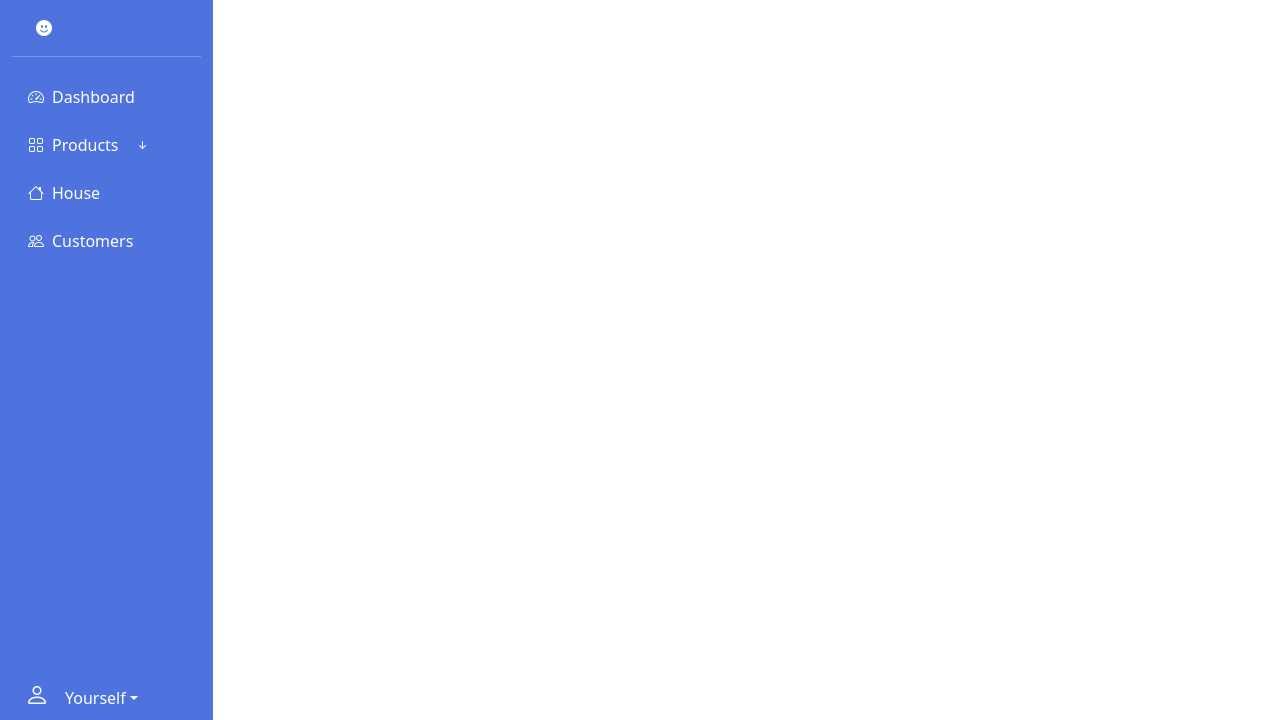
Repository: iqbalaamir/dashboard
Page: /
These files come from the project's save history. The page is drawn as it stood at one moment and after the next save; the edit follows.
The browser window is 1280 px wide. The pictures show the whole page.
The project was rebuilt for these pictures with package versions that can differ from the ones it lists, and the page was loaded fresh each time. Also part of the build but not shown: src/App.css.

Above is the page before, as saved 2023-04-24 17:23:47.

### src/App.js

import './App.css';
import Sidebar from './components/Sidebar';

function App() {
  return (

      <Sidebar/>
  );
}

export default App;

### src/components/Sidebar.js
import React from "react";
import "bootstrap/dist/css/bootstrap.min.css";
import "bootstrap-icons/font/bootstrap-icons.css";
import "bootstrap/js/dist/dropdown";
import "bootstrap/js/dist/collapse";
import "./sidebar.css";

export default function Sidebar() {
  return (
    <div className="container-fluid">
      <div className="row">
        <div className="col-auto col-sm-2 sideNav d-flex flex-column justify-content-between min-vh-100">
          <div className="mt-3">
            <a
              className="text-decoration-none ms-4 d-flex align-items-center text-white d-none d-sm-inline"
              role="button"
            >
                 <i className="bi bi-emoji-smile-fill"></i>
              <span className="ms-2 d-none d-sm-inlin f5-4">SB ADMIN</span>
            </a>
            <hr className="text-white d-none d-sm-block"></hr>
            <ul class="nav nav-pills flex-column mt-2 mt-sm-0" id="parentM">
              <li class="nav-item  my-1 py-2 py-sm-0">
                <a
                  class="nav-link text-white text-center text-sm-start"
                  href="#"
                  aria-current="page"
                >
                  <i className="bi bi-speedometer2"></i>
                  <span className="ms-2 d-none d-sm-inline">Dashboard</span>
                </a>
              </li>
              <li class="nav-item  my-1 py-2 py-sm-0">
                <a
                  class="nav-link text-white text-center text-sm-start"
                  href="#submenu"
                  data-bs-toggle="collapse"
                  aria-current="page"
                >
                  <i className="bi bi-grid"></i>
                  <span className="ms-2 d-none d-sm-inline">Products</span>
                  <i className="bi bi-arrow-down-short ms-0 ms-sm-3"></i>
                </a>
                <ul
                  class="nav collapse ms-2 flex-column"
                  id="submenu"
                  data-bs-parent="#parentM"
                >
                  <li class="nav-item ">
                    <a class="nav-link text-white" href="#" aria-current="page">
                      <span className="d-none d-sm-inline"> Item</span>1
                    </a>
                  </li>
                  <li class="nav-item ">
                    <a class="nav-link text-white" href="#">
                      <span className="d-none d-sm-inline"> Item</span>2
                    </a>
                  </li>
                </ul>
              </li>
              <li class="nav-item  my-1">
                <a
                  class="nav-link text-white text-center text-sm-start"
                  href="#"
                  aria-current="page"
                >
                  <i className="bi bi-house"></i>
                  <span className="ms-2 d-none d-sm-inline">House</span>
                </a>
              </li>
              <li class="nav-item text-white my-1">
                <a
                  class="nav-link text-white text-center text-sm-start"
                  href="#"
                  aria-current="page"
                >
                  <i className="bi bi-people"></i>
                  <span className="ms-2 d-none d-sm-inline">Customers</span>
                </a>
              </li>
            </ul>
          </div>
          <div class="dropdown open">
            <a
              class="btn border-none dropdown-toggle text-white"
              type="button"
              id="triggerId"
              data-bs-toggle="dropdown"
              aria-haspopup="true"
              aria-expanded="false"
            >
              <i className="bi bi-person fs-4"></i>
              <span className="f5-5 ms-3 d-none d-sm-inline">Yourself</span>
            </a>
            <div class="dropdown-menu" aria-labelledby="triggerId">
              <a class="dropdown-item" href="#">
                Profile
              </a>
              <a class="dropdown-item" href="#">
                Setting
              </a>
            </div>
          </div>
        </div>
      </div>
    </div>
  );
}

### src/components/sidebar.css
#parentM li a:hover {
    background-color: #9eacd4;

}
.sideNav{
   background-color: #4e73df;
}

Loaded but not shown: public/index.html (common file); src/index.js (common file); src/index.css (common file); src/reportWebVitals.js (common file)

After the next save:
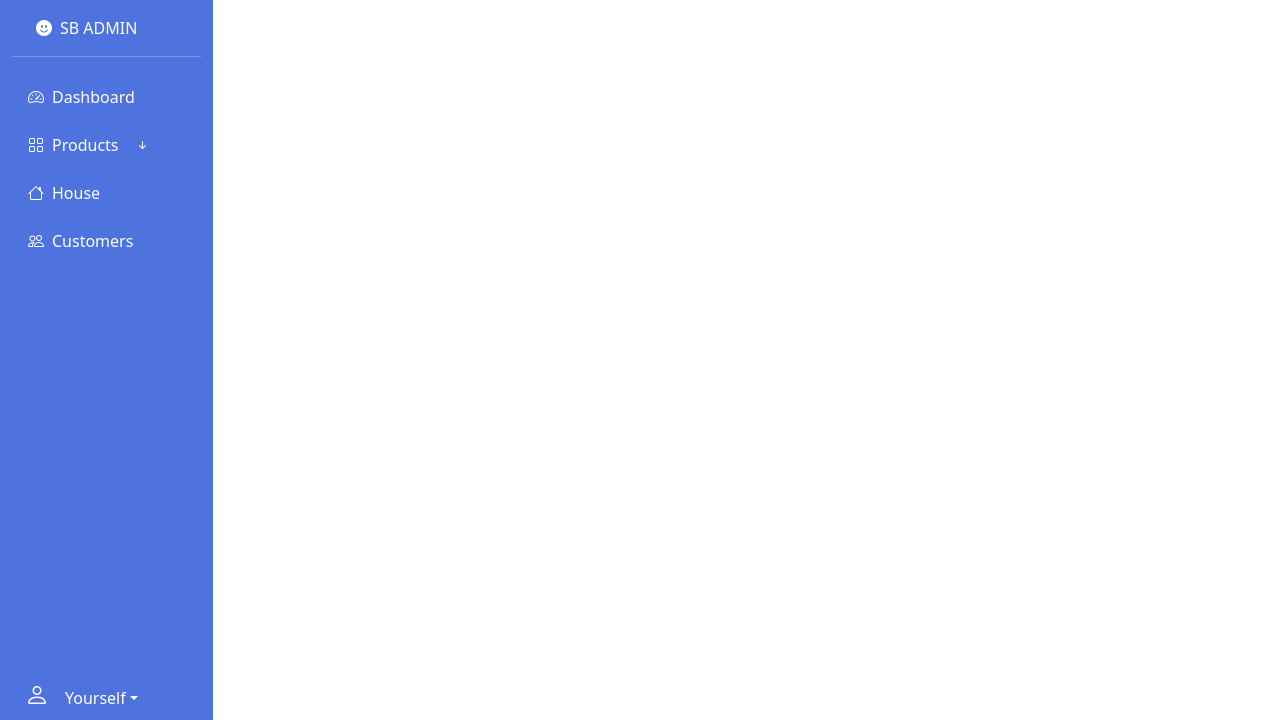
Saved 4 s later.
--- a/src/components/Sidebar.js
+++ b/src/components/Sidebar.js
@@ -16,7 +16,7 @@ export default function Sidebar() {
               role="button"
             >
                  <i className="bi bi-emoji-smile-fill"></i>
-              <span className="ms-2 d-none d-sm-inlin f5-4">SB ADMIN</span>
+              <span className="ms-2 d-none d-sm-inline f5-4">SB ADMIN</span>
             </a>
             <hr className="text-white d-none d-sm-block"></hr>
             <ul class="nav nav-pills flex-column mt-2 mt-sm-0" id="parentM">
